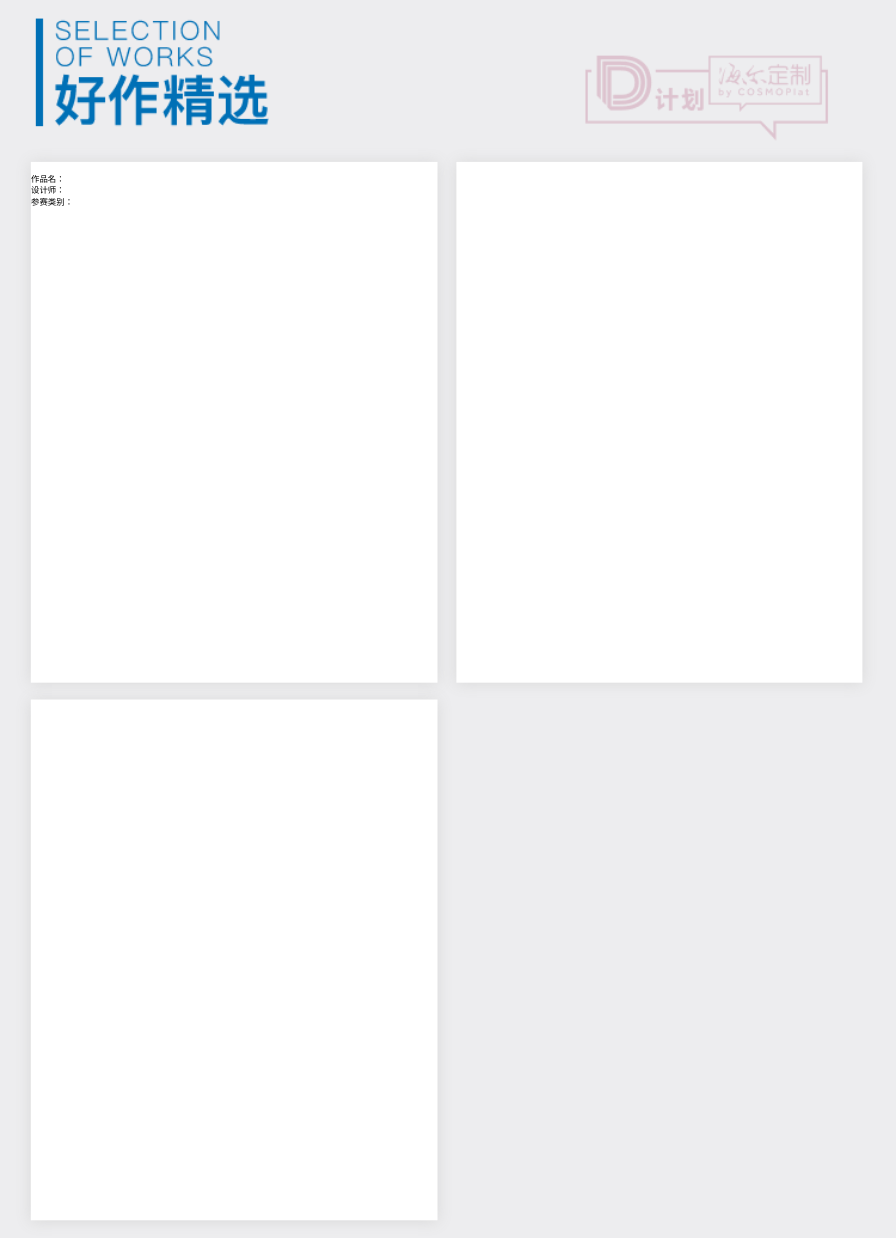
Repository: wangbiaozy/11.16
Page: pingxuan.html
The author's editor kept a copy of each file at every save. The page is drawn from the files as they stood at one save, then again after the next save.
The browser window is 1280 px wide. The pictures show the part of the page from y = 355 to 2275 px (the page is 2123 px tall before and 4427 px after), at 70% of full size.

Above is the page before, as saved 2018-11-16 17:34:54.

### pingxuan.html
<!DOCTYPE html>
<html lang="en">

<head>
    <meta charset="UTF-8">
    <meta name="viewport" content="width=device-width, initial-scale=1.0, maximum-scale=1.0, minimum-scale=1.0, user-scalable=no, viewport-fit=cover">
    <meta http-equiv="X-UA-Compatible" content="ie=edge">
    <title>Document</title>
    <link rel="stylesheet" href="css/reset.min.css">
    <link rel="stylesheet/less" href="css/pingxuan.less">
    <script src="js/less-1.7.0.min.js"></script>
</head>
<body>
    <section>
        <div></div>
        <div>
            <ul>
                <li>
                    <img src="" alt="">
                    <p>作品名：<span></span></p>
                    <p>设计师：<span></span></p>
                    <p>参赛类别：<span></span></p>
                    <a class="zan" href="javascript:void(0)"></a>
                    <a href=""></a>
                </li>
                <li></li>
                <li></li>
            </ul>
        </div>
    </section>
</body>
</html>
<script src="js/jquery-1.10.1.min.js"></script>
<script src="js/index.js"></script>

### css/reset.min.css
@charset "utf-8";
/*默认样式清除和初始化*/
body,h1,h2,h3,h4,h5,h6,hr,p,blockquote,dl,dt,dd,ul,ol,li,button,input,textarea,th,td{margin:0;padding:0}body{font-size:12px;font-style:normal;font-family:"\5FAE\8F6F\96C5\9ED1",Helvetica,sans-serif}small{font-size:12px}h1{font-size:18px}h2{font-size:16px}h3{font-size:14px}h4,h5,h6{font-size:100%}ul,ol{list-style:none}a{text-decoration:none;background-color:transparent}a:hover,a:active{outline-width:0;text-decoration:none}table{border-collapse:collapse;border-spacing:0}hr{border:0;height:1px}img{border-style:none}img:not([src]){display:none}svg:not(:root){overflow:hidden}html{-webkit-touch-callout:none;-webkit-text-size-adjust:100%}input,textarea,button,a{-webkit-tap-highlight-color:rgba(0,0,0,0)}article,aside,details,figcaption,figure,footer,header,main,menu,nav,section,summary{display:block}audio,canvas,progress,video{display:inline-block}audio:not([controls]),video:not([controls]){display:none;height:0}progress{vertical-align:baseline}mark{background-color:#ff0;color:#000}sub,sup{position:relative;font-size:75%;line-height:0;vertical-align:baseline}sub{bottom:-0.25em}sup{top:-0.5em}button,input,select,textarea{font-size:100%;outline:0}button,input{overflow:visible}button,select{text-transform:none}textarea{overflow:auto}button,html [type="button"],[type="reset"],[type="submit"]{-webkit-appearance:button}button::-moz-focus-inner,[type="button"]::-moz-focus-inner,[type="reset"]::-moz-focus-inner,[type="submit"]::-moz-focus-inner{border-style:none;padding:0}button:-moz-focusring,[type="button"]:-moz-focusring,[type="reset"]:-moz-focusring,[type="submit"]:-moz-focusring{outline:1px dotted ButtonText}[type="checkbox"],[type="radio"]{box-sizing:border-box;padding:0}[type="number"]::-webkit-inner-spin-button,[type="number"]::-webkit-outer-spin-button{height:auto}[type="search"]{-webkit-appearance:textfield;outline-offset:-2px}[type="search"]::-webkit-search-cancel-button,[type="search"]::-webkit-search-decoration{-webkit-appearance:none}::-webkit-input-placeholder{color:inherit;opacity:.54}::-webkit-file-upload-button{-webkit-appearance:button;font:inherit}.clear:after{display:block;height:0;content:"";clear:both}
*{ -webkit-tap-highlight-color: rgba(0,0,0,0);-webkit-tap-highlight-color: transparent; /* For some Androids */ }

### js/index.js
(function (doc, win) {
    var docEl = doc.documentElement,
        resizeEvt = 'orientationchange' in window ? 'orientationchange' : 'resize',
        recalc = function () {
            var clientWidth = docEl.clientWidth;
            if (!clientWidth) return;
            docEl.style.fontSize = 100 * (clientWidth / 750) + 'px';
        };
    if (!doc.addEventListener) return;
    win.addEventListener(resizeEvt, recalc, false);
    doc.addEventListener('DOMContentLoaded', recalc, false);
})(document, window);
$(function () {
    //直播秀点赞
    $('.zan').on('click',function(){
        var $this = $(this);
        var _num = parseInt($this.siblings('span').text());
        $this.hasClass('act') ? '' : $(this).siblings().text(_num+1) && $this.addClass('act');
    });

    //我精彩
    //选项卡
    function tab($selector){
        var $lis = $selector.find('li');
        $lis.on('click',function (){
            var $index = $(this).index();
            $(this).addClass('act').siblings().removeClass('act').end().parent().nextAll('div').eq($index).addClass('bg').siblings('div').removeClass('bg');
        });
    }
    tab($('#tab'));
    //点赞
    $('.zan_btn').on('click',function(){
        var $this = $(this);
        var _num = parseInt($this.siblings('i').text());
        $this.hasClass('act') ? '' : $(this).siblings('i').text(_num+1) && $this.addClass('act');
    });
});

Loaded but not shown: js/less-1.7.0.min.js (library); js/jquery-1.10.1.min.js (library)

After the next save:
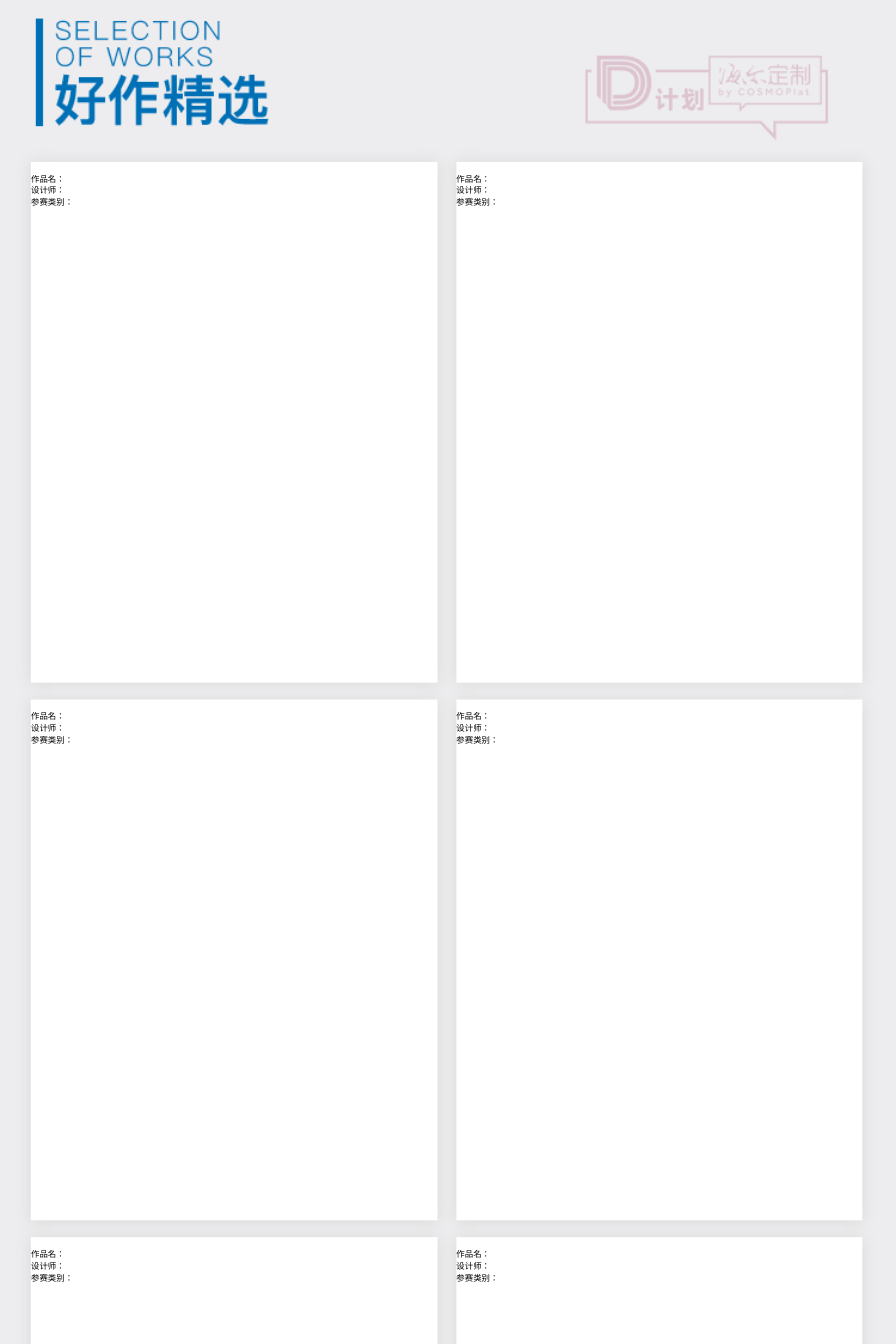
Saved 16 s later.
--- a/pingxuan.html
+++ b/pingxuan.html
@@ -23,8 +23,78 @@
                     <a class="zan" href="javascript:void(0)"></a>
                     <a href=""></a>
                 </li>
-                <li></li>
-                <li></li>
+                <li>
+                        <img src="" alt="">
+                        <p>作品名：<span></span></p>
+                        <p>设计师：<span></span></p>
+                        <p>参赛类别：<span></span></p>
+                        <a class="zan" href="javascript:void(0)"></a>
+                        <a href=""></a>
+                    </li>
+                    <li>
+                            <img src="" alt="">
+                            <p>作品名：<span></span></p>
+                            <p>设计师：<span></span></p>
+                            <p>参赛类别：<span></span></p>
+                            <a class="zan" href="javascript:void(0)"></a>
+                            <a href=""></a>
+                        </li>
+                        <li>
+                                <img src="" alt="">
+                                <p>作品名：<span></span></p>
+                                <p>设计师：<span></span></p>
+                                <p>参赛类别：<span></span></p>
+                                <a class="zan" href="javascript:void(0)"></a>
+                                <a href=""></a>
+                            </li>
+                            <li>
+                                    <img src="" alt="">
+                                    <p>作品名：<span></span></p>
+                                    <p>设计师：<span></span></p>
+                                    <p>参赛类别：<span></span></p>
+                                    <a class="zan" href="javascript:void(0)"></a>
+                                    <a href=""></a>
+                                </li>
+                                <li>
+                                        <img src="" alt="">
+                                        <p>作品名：<span></span></p>
+                                        <p>设计师：<span></span></p>
+                                        <p>参赛类别：<span></span></p>
+                                        <a class="zan" href="javascript:void(0)"></a>
+                                        <a href=""></a>
+                                    </li>
+                                    <li>
+                                            <img src="" alt="">
+                                            <p>作品名：<span></span></p>
+                                            <p>设计师：<span></span></p>
+                                            <p>参赛类别：<span></span></p>
+                                            <a class="zan" href="javascript:void(0)"></a>
+                                            <a href=""></a>
+                                        </li>
+                                        <li>
+                                                <img src="" alt="">
+                                                <p>作品名：<span></span></p>
+                                                <p>设计师：<span></span></p>
+                                                <p>参赛类别：<span></span></p>
+                                                <a class="zan" href="javascript:void(0)"></a>
+                                                <a href=""></a>
+                                            </li>
+                                            <li>
+                                                    <img src="" alt="">
+                                                    <p>作品名：<span></span></p>
+                                                    <p>设计师：<span></span></p>
+                                                    <p>参赛类别：<span></span></p>
+                                                    <a class="zan" href="javascript:void(0)"></a>
+                                                    <a href=""></a>
+                                                </li>
+                                                <li>
+                                                        <img src="" alt="">
+                                                        <p>作品名：<span></span></p>
+                                                        <p>设计师：<span></span></p>
+                                                        <p>参赛类别：<span></span></p>
+                                                        <a class="zan" href="javascript:void(0)"></a>
+                                                        <a href=""></a>
+                                                    </li>
             </ul>
         </div>
     </section>
